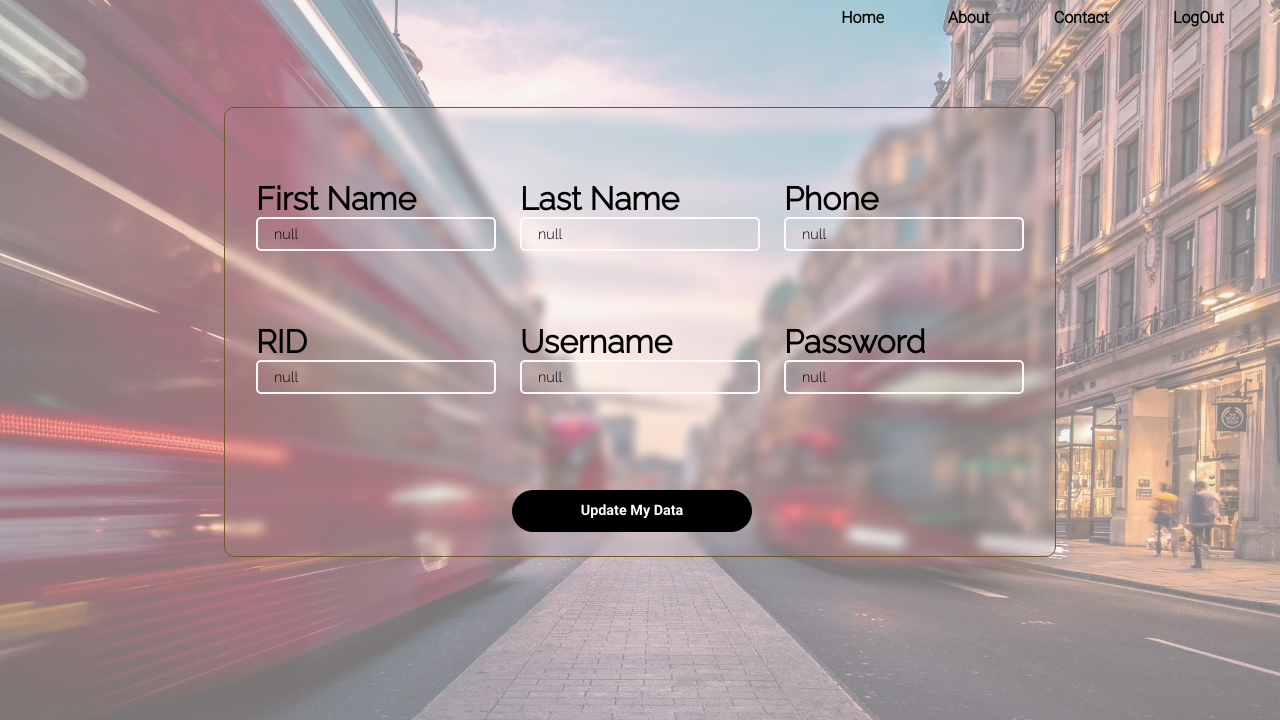
Repository: Savindushehan/RouteMaster-Group-project
Page: http://localhost/RouterMaster/Updateuserdetails.jsp
The author's editor kept a copy of each file at every save. The page is drawn from the files as they stood at one save, then again after the next save.
The browser window is 1280 px wide. The pictures show the whole page.
The page is served by Tomcat 10.

Above is the page before, as saved 2023-10-27 05:53:37.

After the next save:
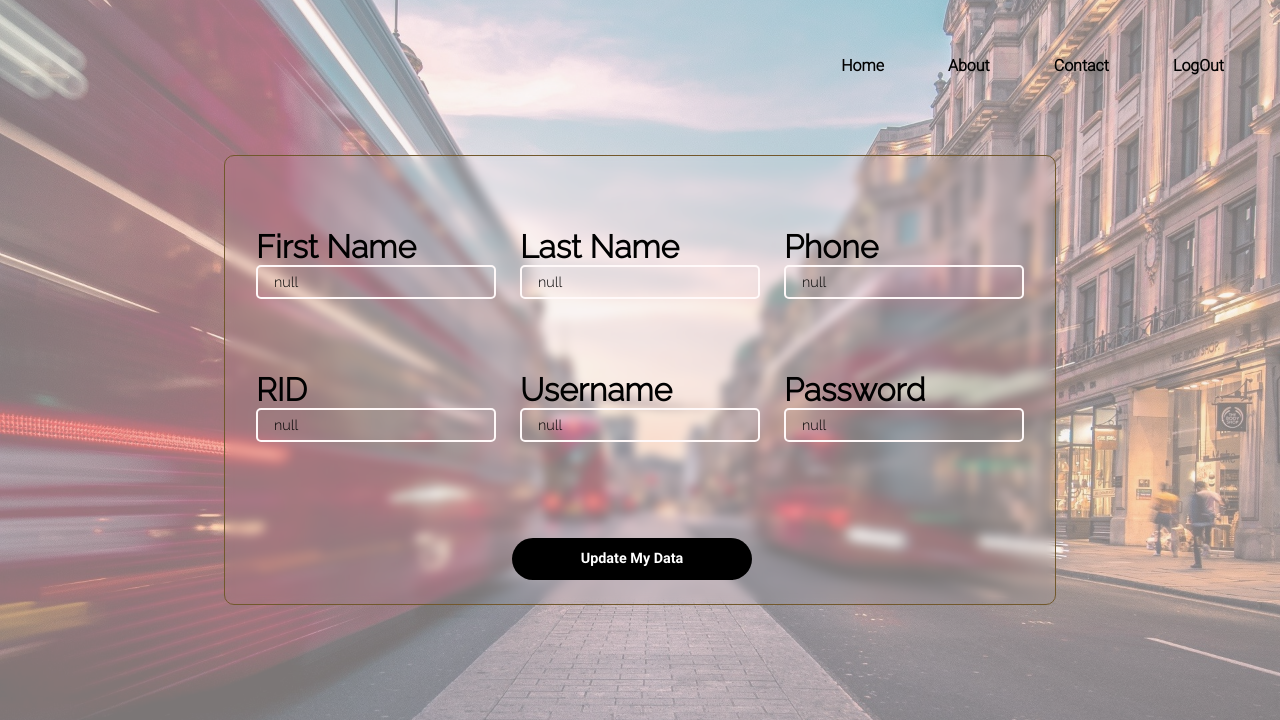
Saved 2 min 23 s later.
--- a/RouteMaster/RouterMaster/src/main/webapp/Updateuserdetails.jsp
+++ b/RouteMaster/RouterMaster/src/main/webapp/Updateuserdetails.jsp
@@ -67,6 +67,7 @@
             justify-content: right;
         }
         header h3{
+        	margin-top: 3rem;
             color: var(--div-color1);
             font-size:1rem;
             margin-right: 3rem;
